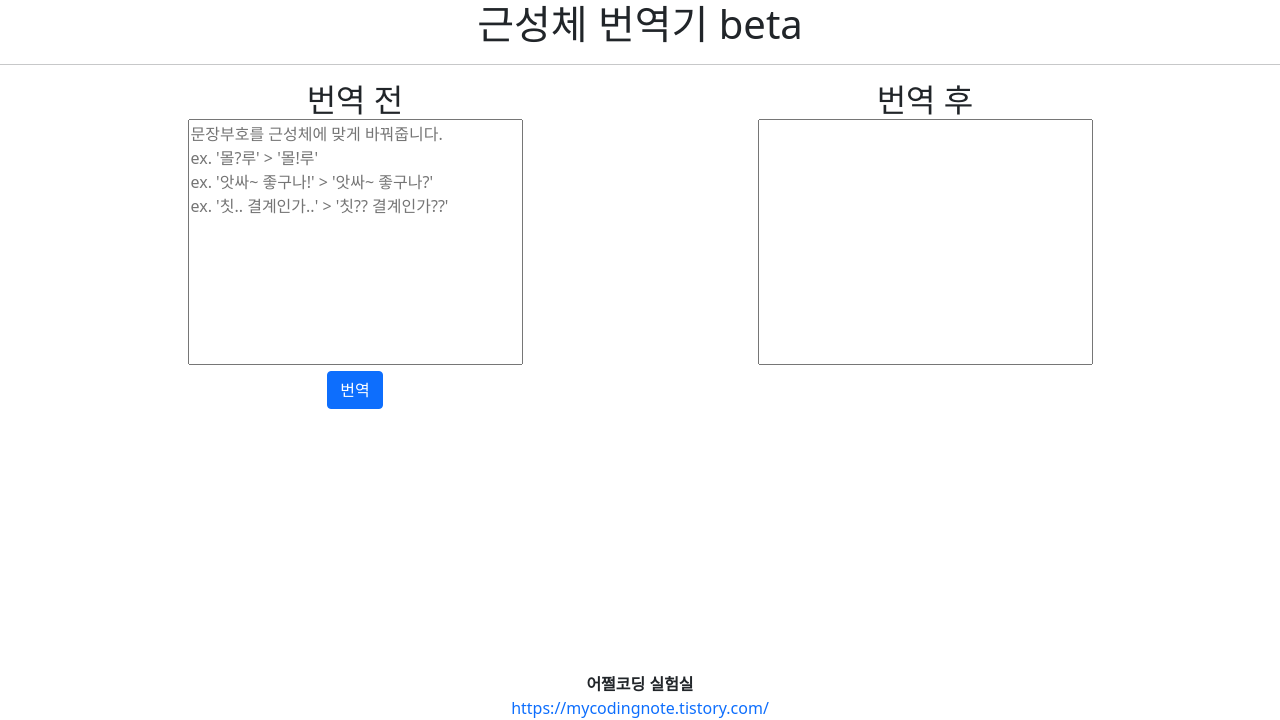
Repository: mickey530/jsp_practice
Page: http://localhost/JSPBasic/sungmo_send.jsp
The author's editor kept a copy of each file at every save. The page is drawn from the files as they stood at one save, then again after the next save.
The browser window is 1280 px wide. The pictures show the whole page.
The page is served by Tomcat 9.

Above is the page before, as saved 2022-02-05 17:23:48.

After the next save:
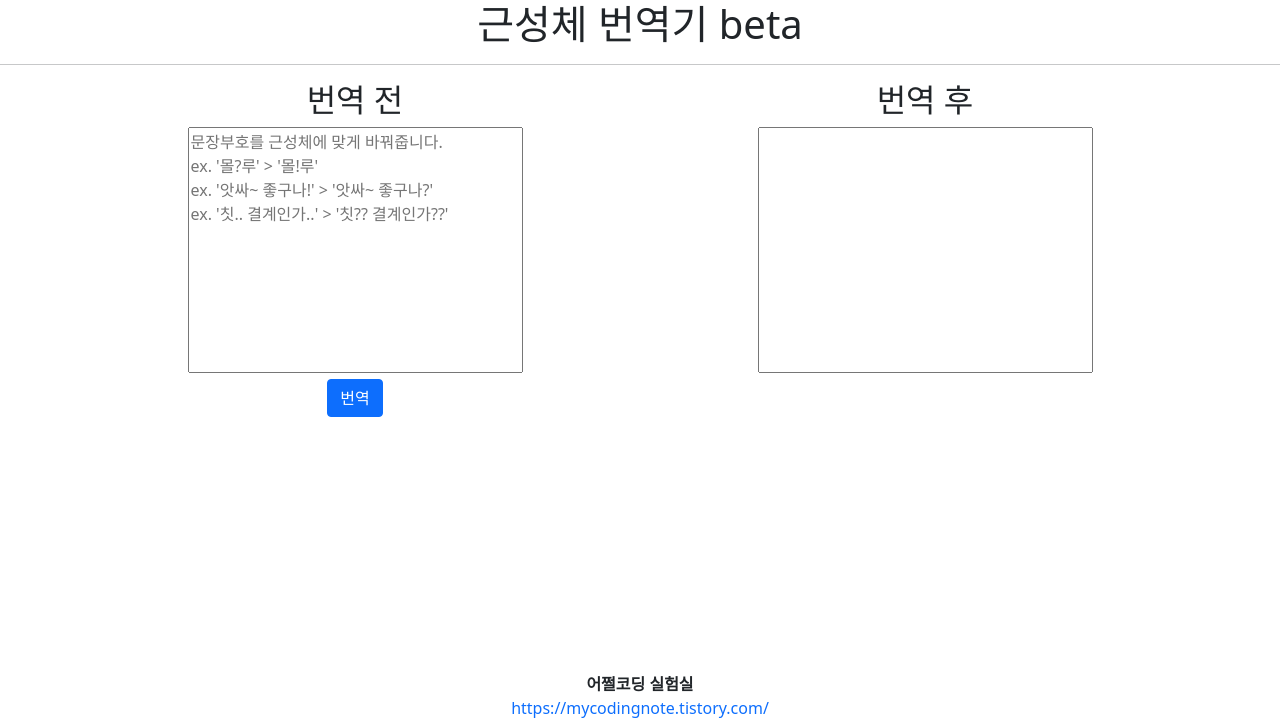
Saved 3 s later.
--- a/JSPBasic/src/main/webapp/sungmo_send.jsp
+++ b/JSPBasic/src/main/webapp/sungmo_send.jsp
@@ -10,7 +10,7 @@
 <link href="https://cdn.jsdelivr.net/npm/bootstrap@5.1.3/dist/css/bootstrap.min.css" rel="stylesheet" integrity="sha384-1BmE4kWBq78iYhFldvKuhfTAU6auU8tT94WrHftjDbrCEXSU1oBoqyl2QvZ6jIW3" crossorigin="anonymous">
 <style>
 	header {margin:0px; position:sticky; top:0px;}
-	h1, h2 {text-align:center; margin:0px;}
+	h1, h2 {text-align:center;}
 	textarea {resize:none;}
 	footer {
 		width:100%;
